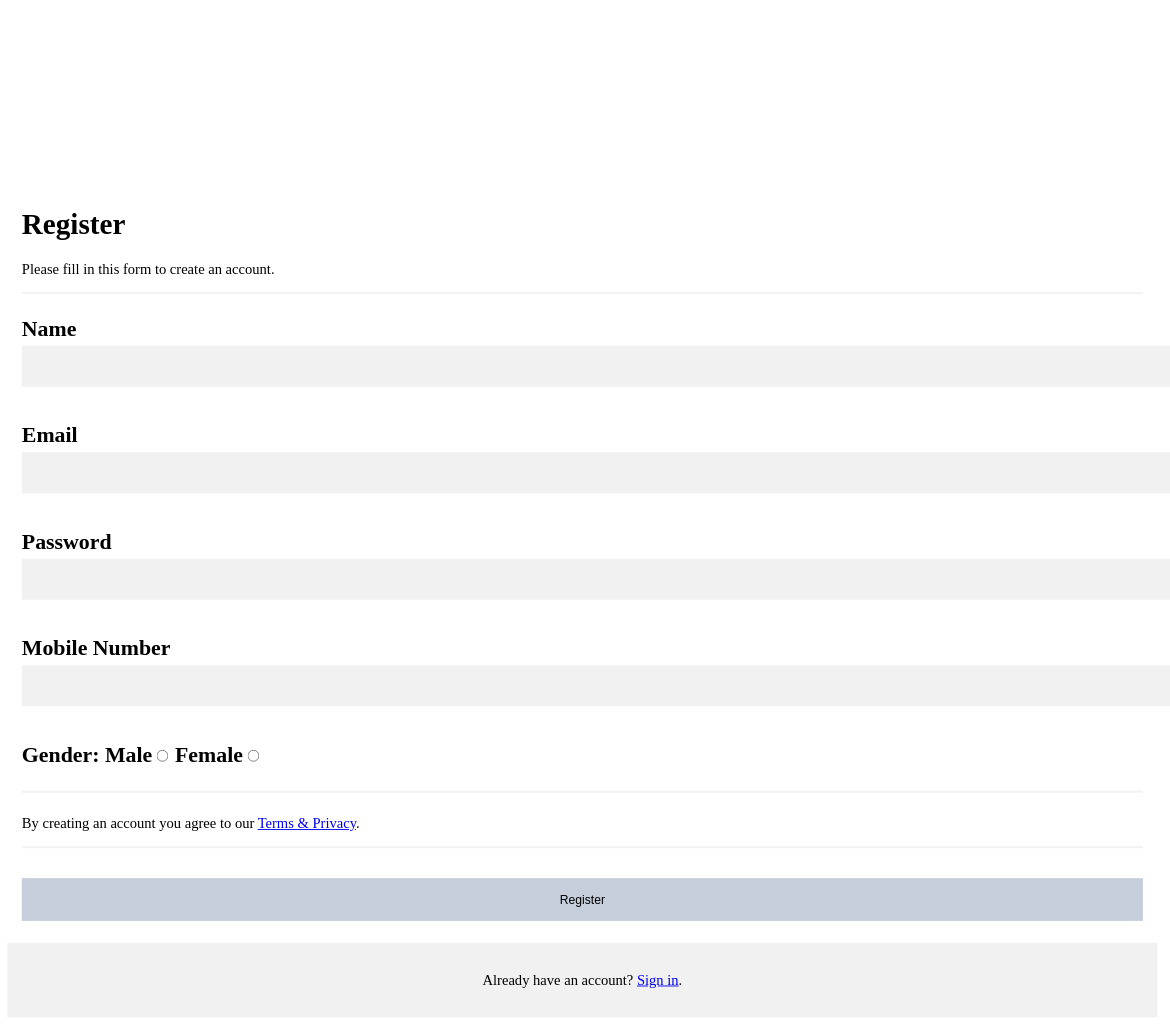
Repository: pavani122/Ecommerce
Page: http://localhost/Ecommerce/WEB-INF/view/register.jsp
These files come from the project's save history. The page is drawn as it stood at one moment and after the next save; the edit follows.
The browser window is 1280 px wide. The page is 1286 px wide, then 1280 px, then 1286 px, so the pictures cover 1286 px, including what lies to the right of the window. The pictures show the whole page, at 91% of full size.
The page is served by Tomcat 9. Nobody is signed in. Other server files are loaded and not shown. The template is opened directly, without the code that normally fills it, so the values that code supplies are empty.

Above is the page before, as saved 2022-09-01 13:10:28.

### Ecommerce/src/main/webapp/WEB-INF/view/register.jsp
<%@ page language="java" contentType="text/html; charset=ISO-8859-1"
    pageEncoding="ISO-8859-1"%>
<%@ taglib prefix="form" uri="http://www.springframework.org/tags/form" %>
<%@page isELIgnored="false" %>



<!DOCTYPE html>
<html>
<head>
<meta charset="ISO-8859-1">
<title>register</title>
</head>
<style>
.register{
text-align: center;
}
.container {
  padding: 16px;
  background-color: white;
}
hr {
  border: 1px solid #f1f1f1;
  margin-bottom: 25px;
}
input[type=text], input[type=password] {
  width: 100%;
  padding: 15px;
  margin: 5px 0 22px 0;
  display: inline-block;
  border: none;
  background: #f1f1f1;
}
input[type=text]:focus, input[type=password]:focus {
  background-color: #ddd;
  outline: none;
}
input[type=submit]
{
border: none;
padding: 15px;
text-align: center;
background-color: #c7cedb;
  color: Black;
  padding: 16px 20px;
  margin: 8px 0;
  border: none;
  cursor: pointer;
  width: 100%;
}

#fields{
font-size: x-large;
text-align: left;
}
.signin {
  background-color: #f1f1f1;
  text-align: center;
}
</style>
<body>
<h1>
${message }<br><br>
${notRegistered }<br><br></h1>


<form:form action="registered" modelAttribute="person">
<div class="container">
<h1>Register</h1>
    <p>Please fill in this form to create an account.</p>
    <hr>
<label id="fields"><b>Name</b></label><form:input path="name"/><br><br>
<label id="fields"><b>Email</b></label><form:input path="email"/><br><br>
<label id="fields"><b>Password</b></label><form:password path="password"/><br><br>
<label id="fields"><b>Mobile Number</b></label><form:input path="number"/><br><br>
<label id="fields"><b>Gender: </b></label>
<label id="fields"><b>Male</b></label><form:radiobutton path="gender" value="male"/>
<label id="fields"><b>Female</b></label><form:radiobutton path="gender" value="female"/>
<br><br><hr>
 <p>By creating an account you agree to our <a href="#">Terms & Privacy</a>.</p><hr>
<input type="submit" value="Register">
</div>

 <div class="container signin">
    <p>Already have an account? <a href="/Ecommerce/login">Sign in</a>.</p>
  </div>
</form:form>


</body>
</html>

After the next save:
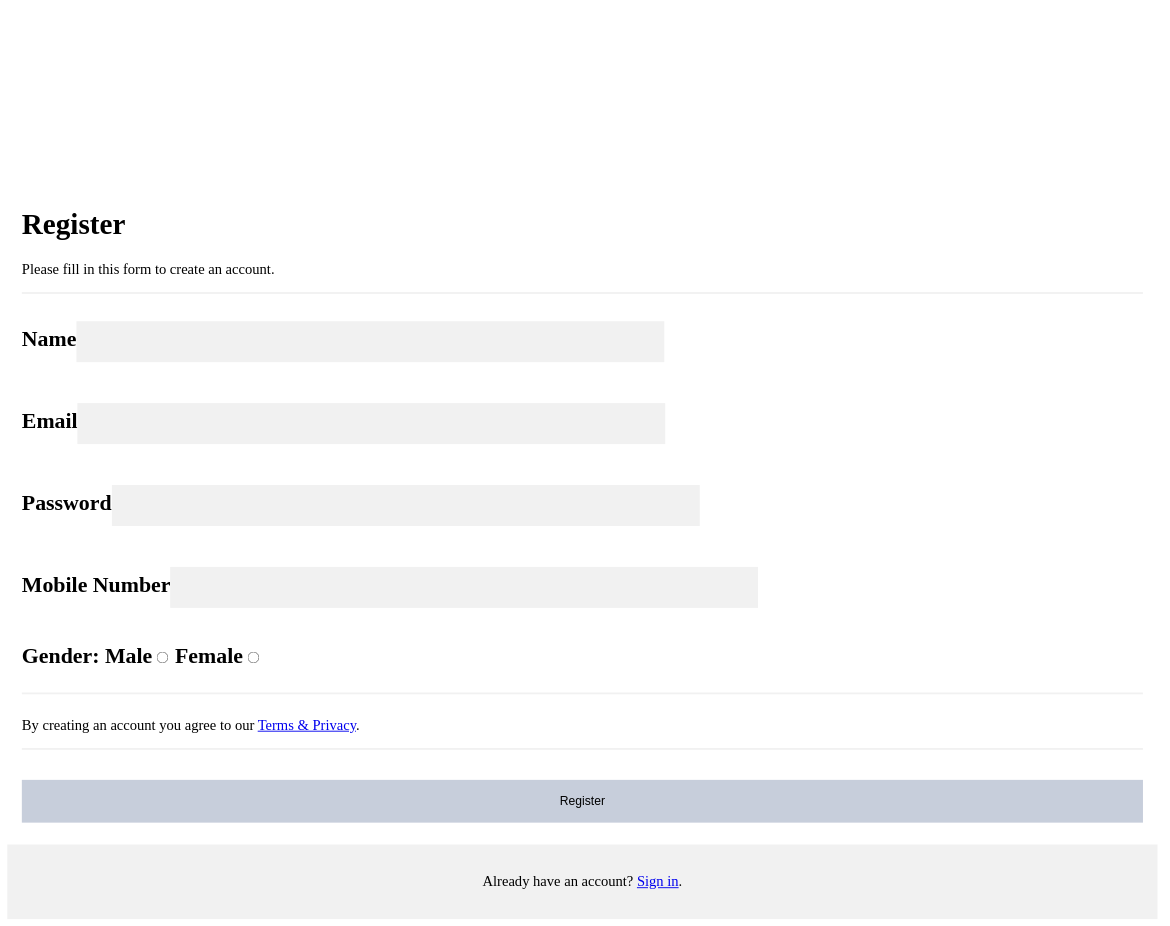
Saved 18 s later.
--- a/Ecommerce/src/main/webapp/WEB-INF/view/register.jsp
+++ b/Ecommerce/src/main/webapp/WEB-INF/view/register.jsp
@@ -24,7 +24,7 @@
   margin-bottom: 25px;
 }
 input[type=text], input[type=password] {
-  width: 100%;
+  width: 50%;
   padding: 15px;
   margin: 5px 0 22px 0;
   display: inline-block;

After the 2 saves that followed:
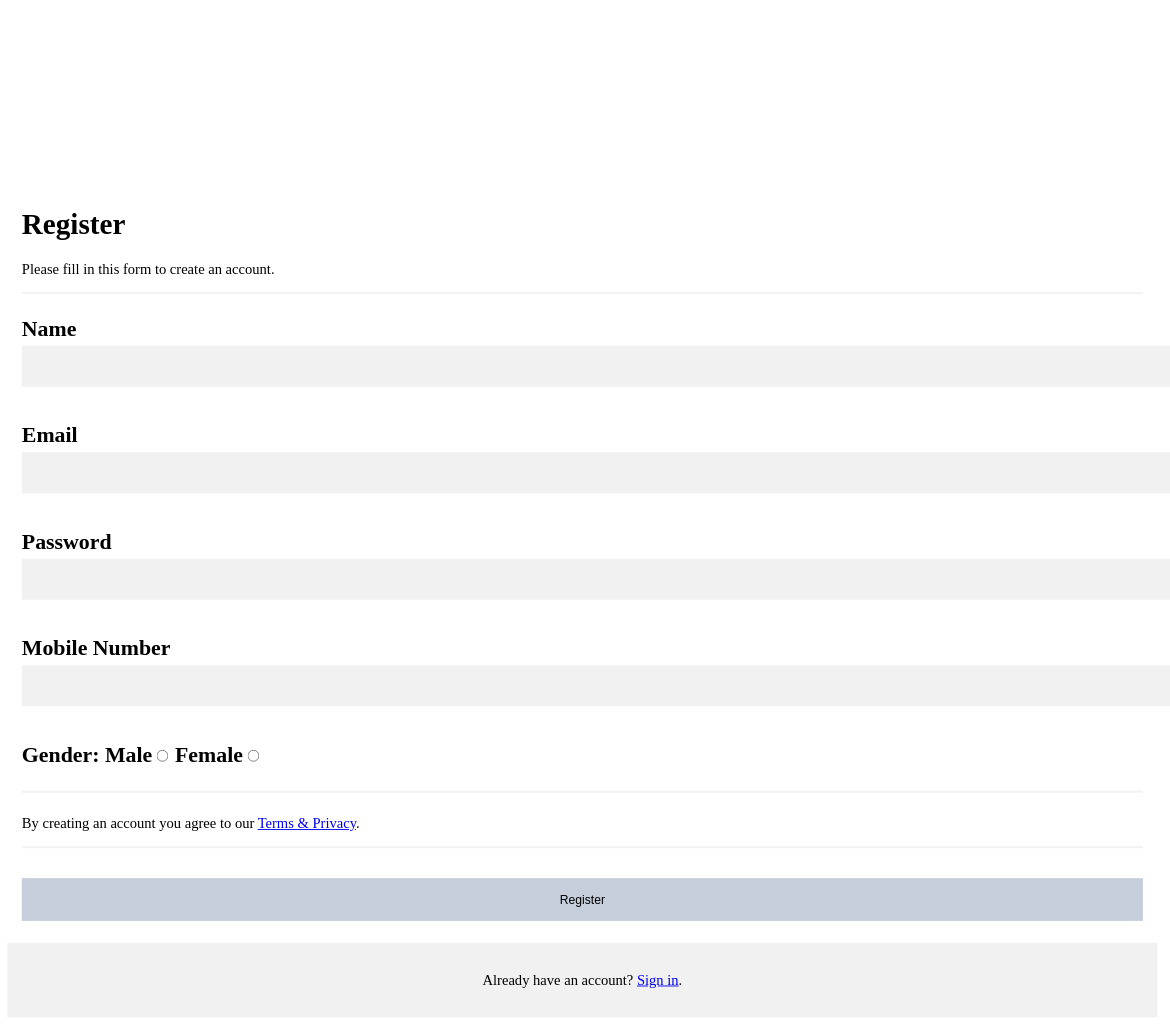
The 2 saves are shown as one change because 1 left the picture as it was.
The last was saved 56 s later.
--- a/Ecommerce/src/main/webapp/WEB-INF/view/register.jsp
+++ b/Ecommerce/src/main/webapp/WEB-INF/view/register.jsp
@@ -24,12 +24,13 @@
   margin-bottom: 25px;
 }
 input[type=text], input[type=password] {
-  width: 50%;
+  width: 100%;
   padding: 15px;
   margin: 5px 0 22px 0;
   display: inline-block;
   border: none;
   background: #f1f1f1;
+  align-content: center;
 }
 input[type=text]:focus, input[type=password]:focus {
   background-color: #ddd;
